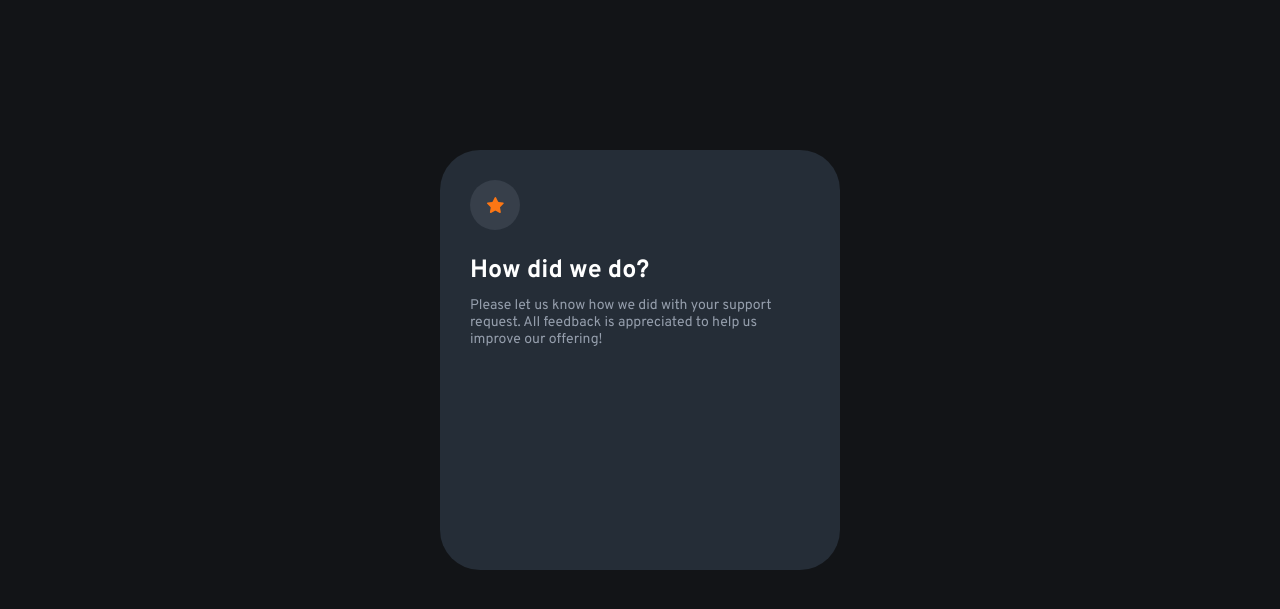
Repository: itbeginswithi/FrontebdMentor
Page: / (app in interactive-rating-component-main/)
The author's editor kept a copy of each file at every save. The page is drawn from the files as they stood at one save, then again after a run of saves.
The browser window is 1280 px wide. The pictures show the whole page.
The project was rebuilt for these pictures with package versions that can differ from the ones it lists, and the page was loaded fresh each time.

Above is the page before, as saved 2022-07-23 19:38:13.

After the next 2 saves:
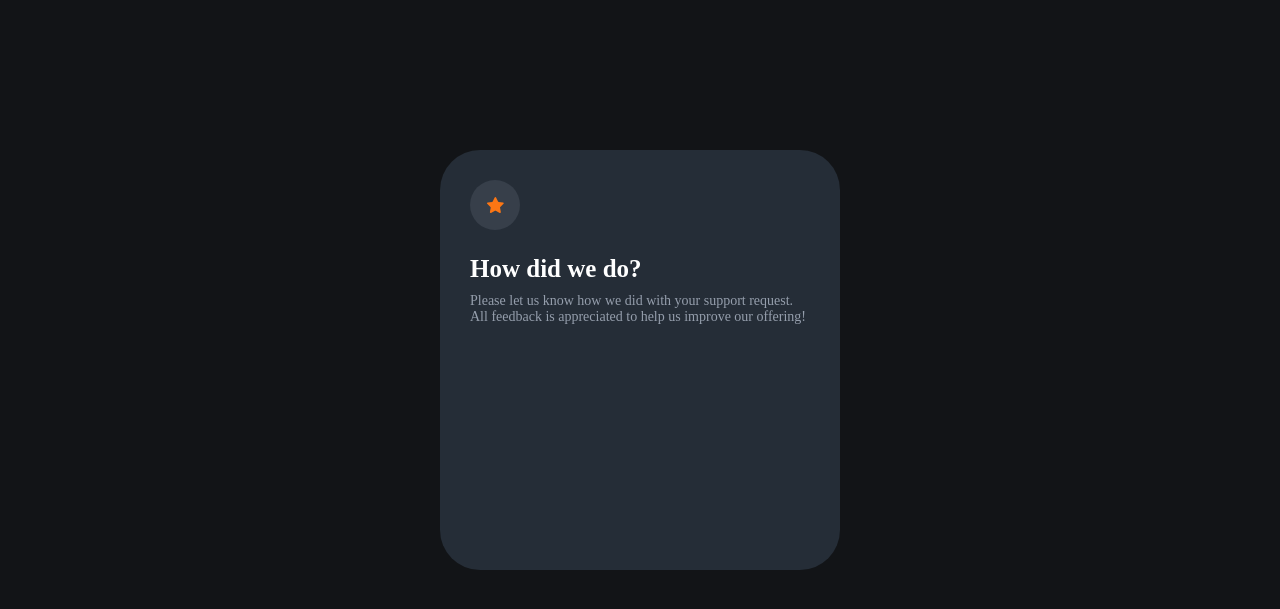
The 2 saves are shown as one change because they came seconds apart.
The last was saved 12 s later.
--- a/interactive-rating-component-main/src/App.scss
+++ b/interactive-rating-component-main/src/App.scss
@@ -48,11 +48,6 @@ main{
         }
 
         &__info{
-            h1,
-            p{
-            }
-            font-family: 'Overpass';
-
             h1{
                 color: $white;
                 font-weight: $bold;

After the save that followed:
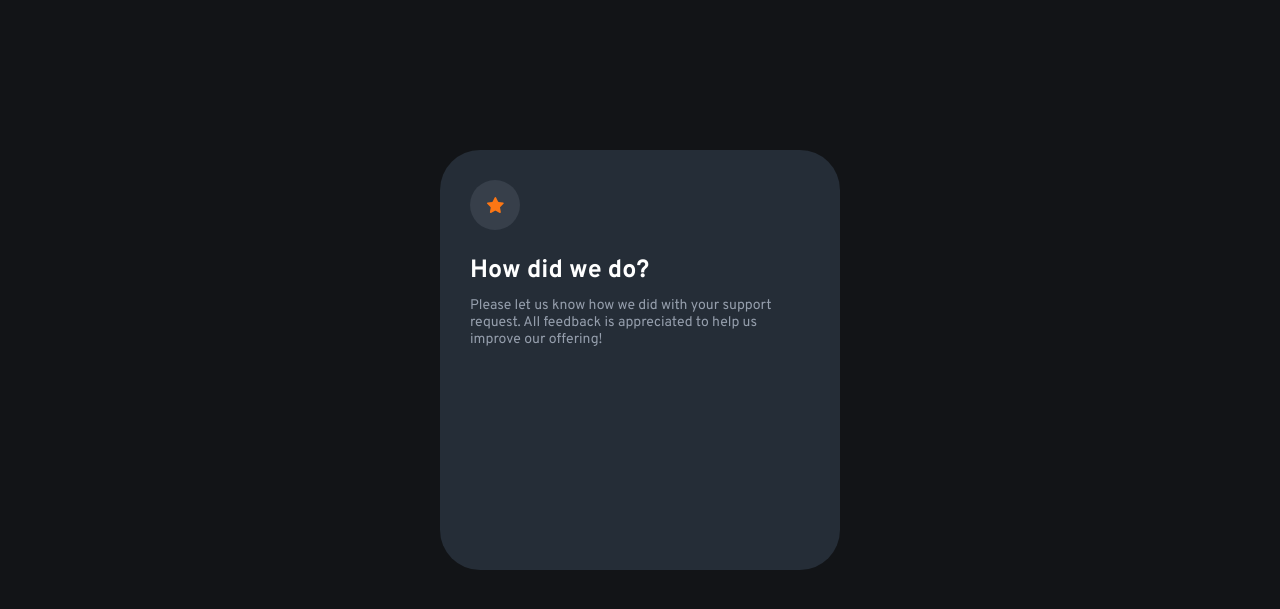
Saved 3 s later.
--- a/interactive-rating-component-main/src/index.scss
+++ b/interactive-rating-component-main/src/index.scss
@@ -6,6 +6,8 @@ html{
 
 body {
   box-sizing: border-box;
+  font-family: 'Overpass';
+
 }
 
 *,
